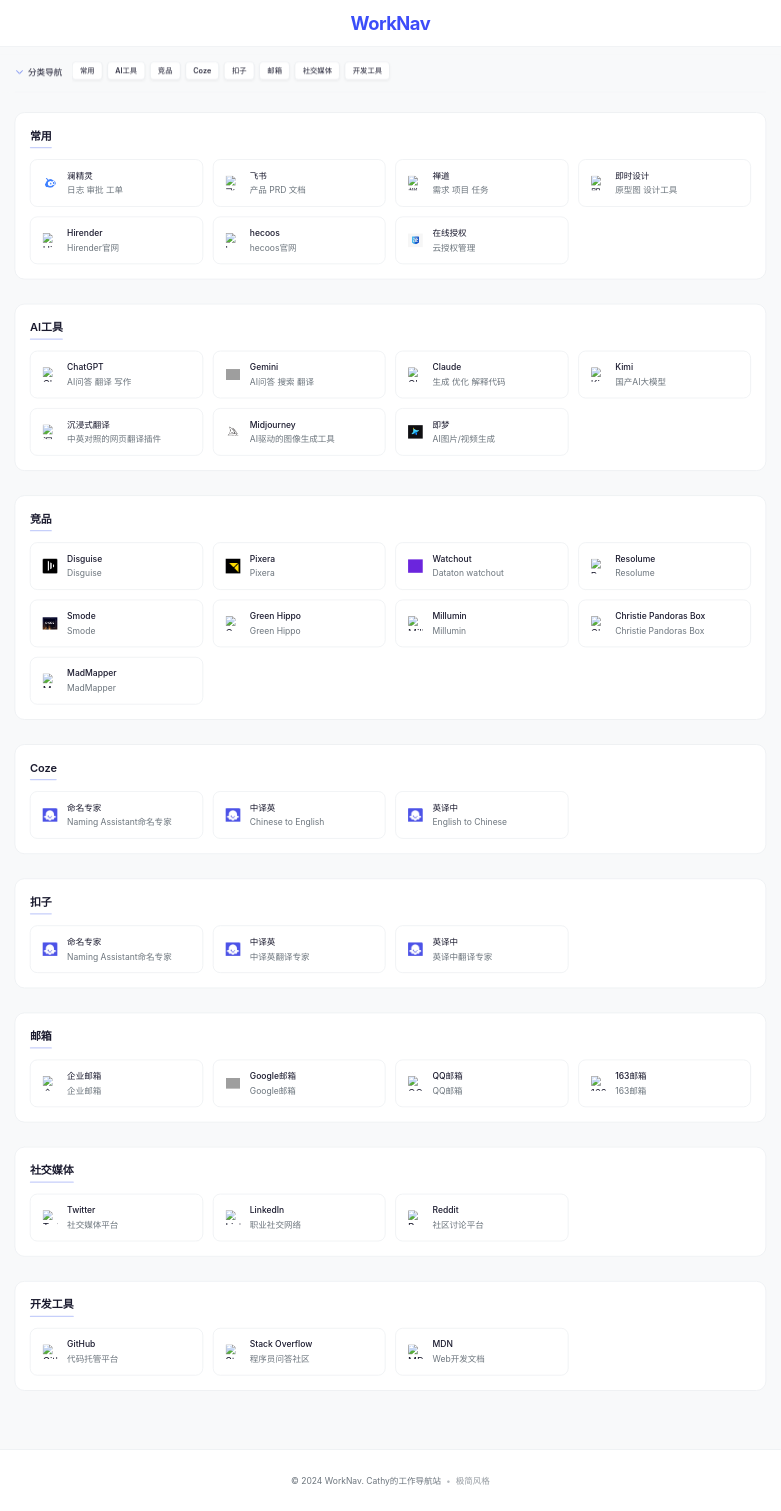
Repository: SweetPomelo0/WorkNav
Page: /
These files come from the project's save history. The page is drawn as it stood at one moment and after a run of saves; the edit follows.
The browser window is 1280 px wide. The pictures show the whole page, at 61% of full size.
Pictures or frames that could not be fetched are drawn as grey boxes. The project was rebuilt for these pictures with package versions that can differ from the ones it lists, and the page was loaded fresh each time. The framework's server and built-in components were replaced by stand-ins that run in the browser. Also part of the build but not shown: next.config.ts.

Above is the page before, as saved 2025-07-26 21:45:35.

After the next 2 saves:
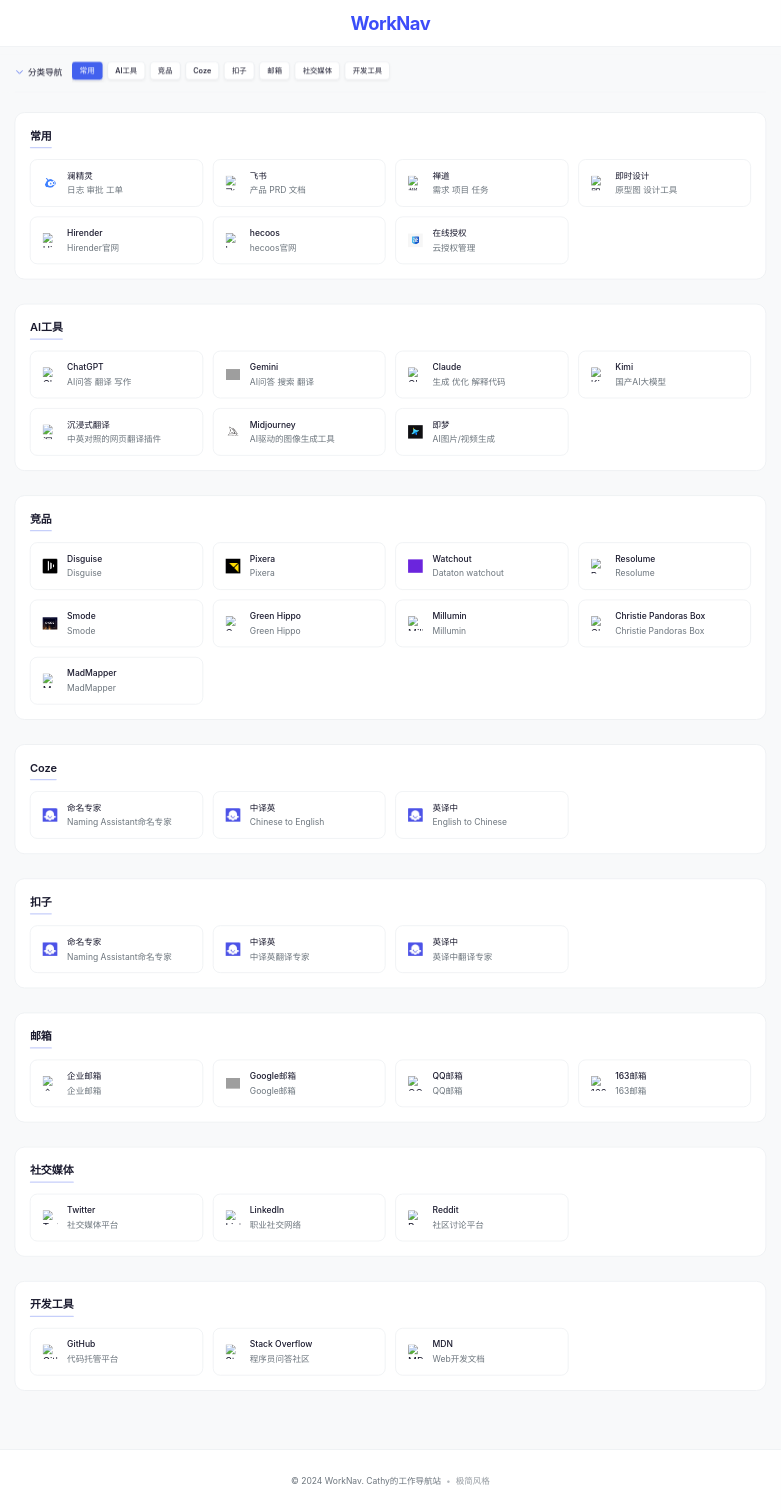
The 2 saves are shown as one change because 1 did not build or start.
The last was saved 14 s later.
--- a/src/app/page.tsx
+++ b/src/app/page.tsx
@@ -1,3 +1,5 @@
+import CategoryNav from './components/CategoryNav';
+
 export default function Home() {
   // 定义导航分类和链接
   const categories = [
@@ -97,40 +99,7 @@
       </header>
 
       {/* Category Navigation */}
-      <div className="sticky top-0 z-10 mt-3" style={{ background: 'rgba(var(--background-rgb), 0.9)', backdropFilter: 'blur(10px)' }}>
-        <div className="max-w-7xl mx-auto px-6 py-3 overflow-x-auto">
-          <div className="flex items-center">
-            <div className="flex-shrink-0 mr-4">
-              <div className="flex items-center">
-                <svg xmlns="http://www.w3.org/2000/svg" className="h-4 w-4 mr-1.5" fill="none" viewBox="0 0 24 24" stroke="currentColor" style={{ color: 'var(--accent)' }}>
-                  <path strokeLinecap="round" strokeLinejoin="round" strokeWidth={2} d="M19 9l-7 7-7-7" />
-                </svg>
-                <span className="text-sm font-medium" style={{ color: 'var(--text-primary)' }}>分类导航</span>
-              </div>
-            </div>
-            <div className="flex space-x-2 overflow-x-auto pb-1 scrollbar-thin flex-grow">
-              {categories.map((category, index) => (
-                <a
-                  key={index}
-                  href={`#category-${index}`}
-                  className="text-xs font-medium whitespace-nowrap px-3 py-1.5 rounded-md transition-all duration-300 hover:scale-105 hover:shadow-md hover:bg-opacity-90 flex-shrink-0"
-                  style={{
-                    background: 'var(--card-bg)',
-                    border: '1px solid var(--card-border)',
-                    boxShadow: '0 2px 4px rgba(0,0,0,0.05)',
-                    color: 'var(--text-primary)'
-                  }}
-                >
-                  {category.title}
-                </a>
-              ))}
-            </div>
-          </div>
-        </div>
-        <div className="max-w-7xl mx-auto px-6">
-          <div className="border-b border-solid w-full mt-1" style={{ borderColor: 'var(--card-border)' }}></div>
-        </div>
-      </div>
+      <CategoryNav categories={categories} />
 
       {/* Main Content */}
        <main className="max-w-7xl mx-auto px-6 py-8">
